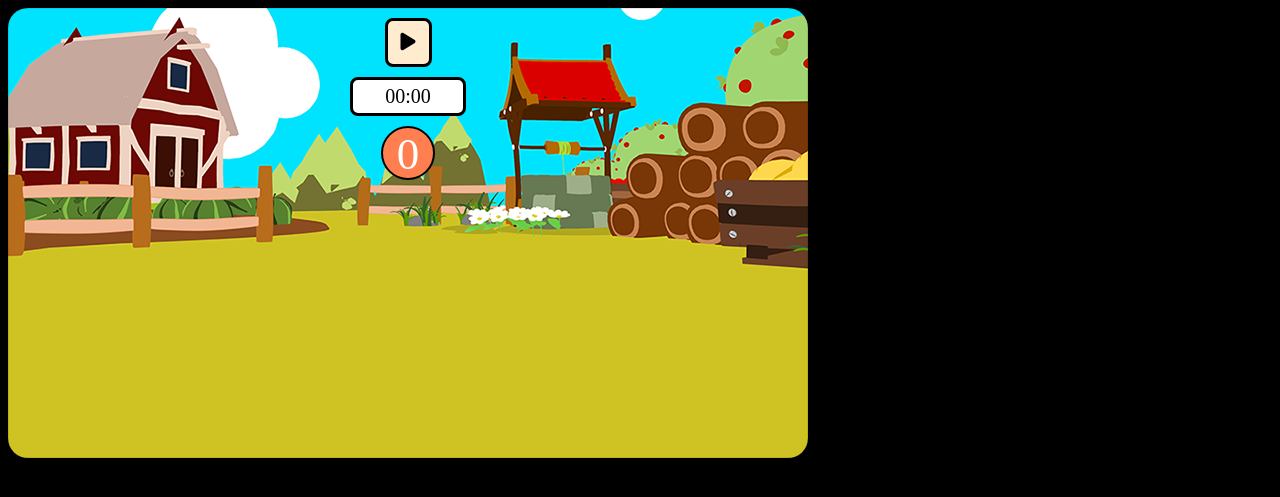
Repository: rladpwl0512/dreamcoding_browser101
Page: (7) catch-carrot-game/catch carrot/index.html
The author's editor kept a copy of each file at every save. The page is drawn from the files as they stood at one save, then again after the next save.
The browser window is 1280 px wide. The pictures show the whole page.
Some web libraries are served in a nearby version.

Above is the page before, as saved 2021-10-07 17:39:04.

After the next save:
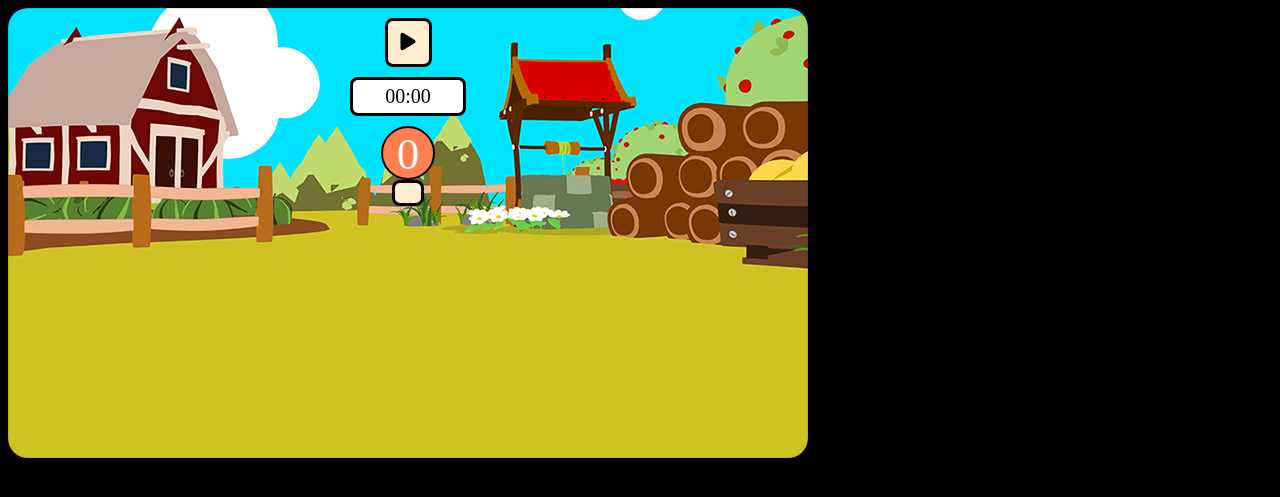
Saved 86 s later.
--- a/(7) catch-carrot-game/catch carrot/index.html
+++ b/(7) catch-carrot-game/catch carrot/index.html
@@ -42,7 +42,9 @@
         <img class="carrot" src="./img/carrot.png" alt="bug">
         <img class="carrot" src="./img/carrot.png" alt="bug">
       </div>
-
+      <div class="alert">
+        <button class="btn"></button>
+      </div>
     </div>
   </div>
 </body>

After the save that followed:
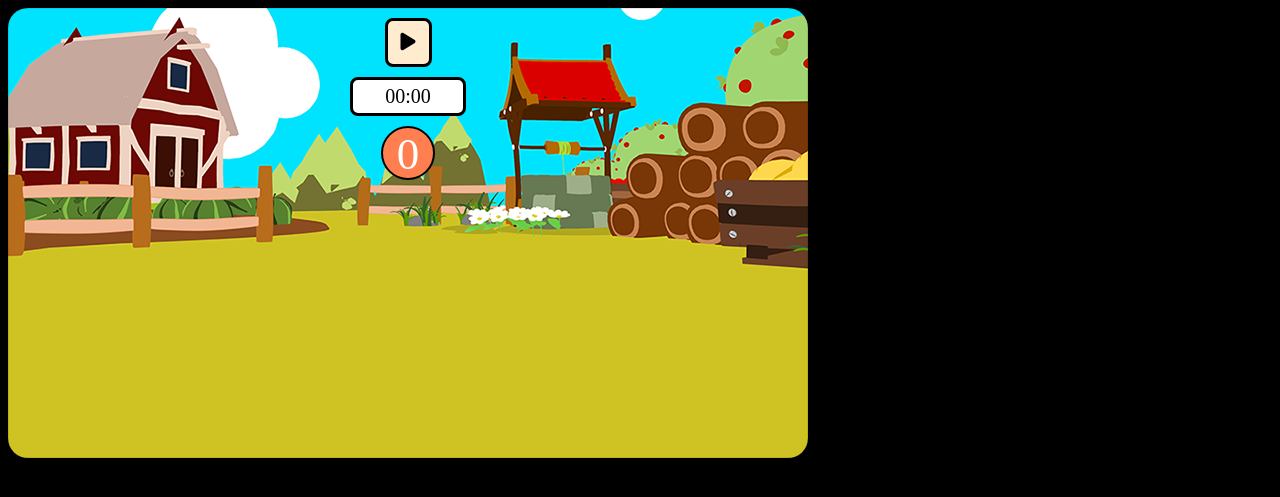
Saved 19 s later.
--- a/(7) catch-carrot-game/catch carrot/index.html
+++ b/(7) catch-carrot-game/catch carrot/index.html
@@ -43,7 +43,7 @@
         <img class="carrot" src="./img/carrot.png" alt="bug">
       </div>
       <div class="alert">
-        <button class="btn"></button>
+        <button class="btn_replay"></button>
       </div>
     </div>
   </div>
